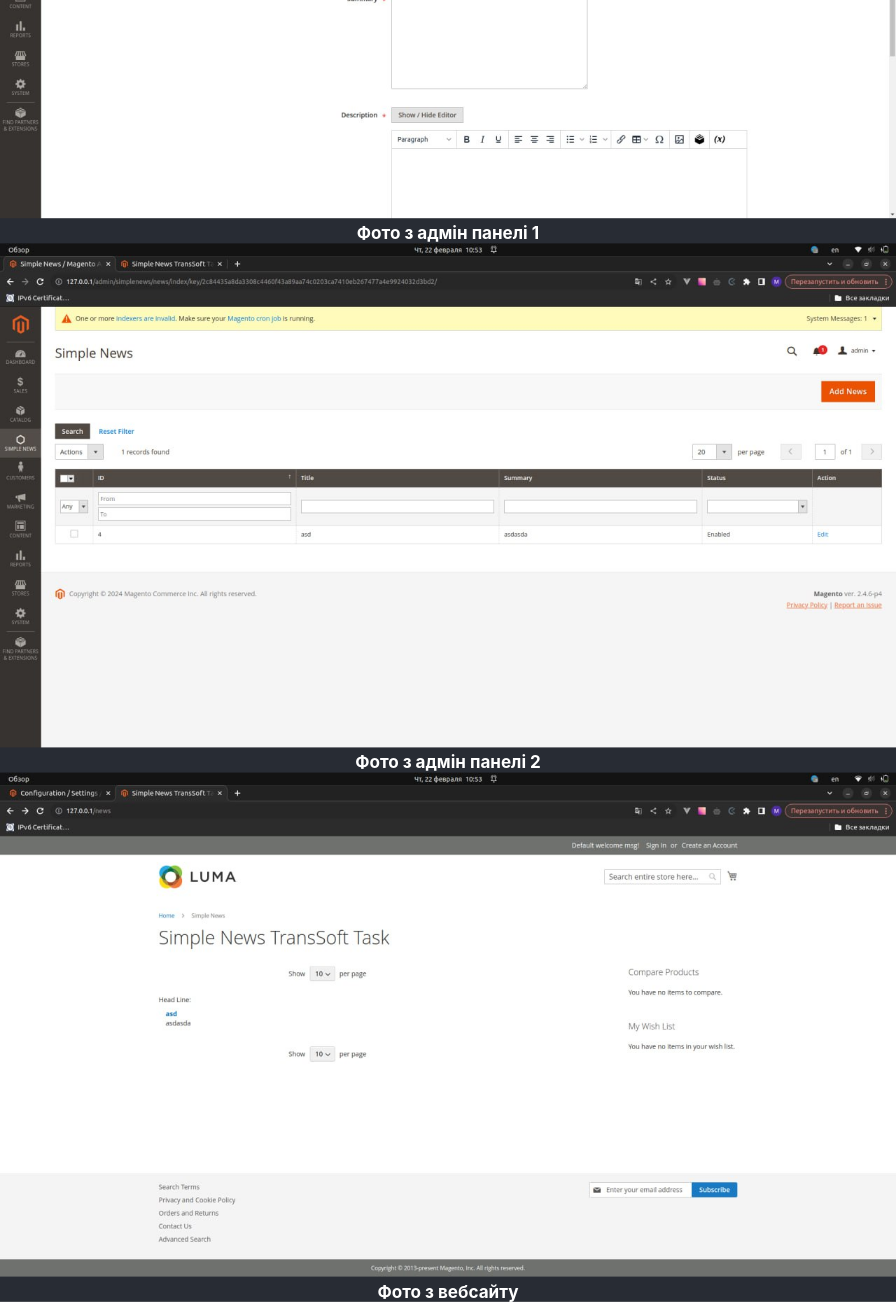
Repository: rutsguifd/prac-report
Page: /
An editor plug-in stored every save of this project. The page is shown before and after the next save, followed by the edit.
The browser window is 1280 px wide. The pictures show the part of the page from y = 1654 to 3574 px (the page is 3514 px tall before and 3574 px after), at 70% of full size.
The project was rebuilt for these pictures with package versions that can differ from the ones it lists, and the page was loaded fresh each time.

Above is the page before, as saved 2024-02-22 13:40:13.

### src/App.js
import "./App.css";
import IM1 from "./assets/im1.jpg";
import IM2 from "./assets/im2.jpg";
import IM3 from "./assets/im3.jpg";
import PR from "./assets/pr.jpg";

function App() {
  return (
    <div className="App">
      <header className="App-header">
        Practice Report
        <div>
          <b>Вступ</b>
          <div>
            З 2 9 січня по 16 лютого ми проходили виробничу практику у ТОВ
            “TRANSOFT GROUP”. TRANSOFT GROUP - це компанія, яка спеціалізується
            на розробці та підтримці рішень, заснованих на Magento, щоб сприяти
            трансформації бізнесу, підвищенню клієнтського досвіду та
            операційній ефективності в різних галузях. Використовуючи передові
            технології та глибокі галузеві знання, TRANSOFT GROUP розробляє
            інноваційні рішення, які допомагають клієнтам досягти своїх
            бізнес-цілей та впевнено конкурувати на ринку.
          </div>
          <div style={{ margin: "20px 0" }}>
            <img src={PR} alt="alt" width="100%" />
            <b>Фото з бази практики</b>
          </div>
          <div>
            <img src={IM1} alt="alt" width="100%" />
            <b>Фото з адмін панелі 1</b>
          </div>
          <div>
            <img src={IM2} alt="alt" width="100%" />
            <b>Фото з адмін панелі 2</b>
          </div>
          <div>
            <img src={IM3} alt="alt" width="100%" />
            <b>Фото з вебсайту</b>
          </div>
        </div>
      </header>
    </div>
  );
}

export default App;

Loaded but not shown: public/index.html (common file); src/index.js (common file); src/index.css (common file); src/App.css (common file)

After the next save:
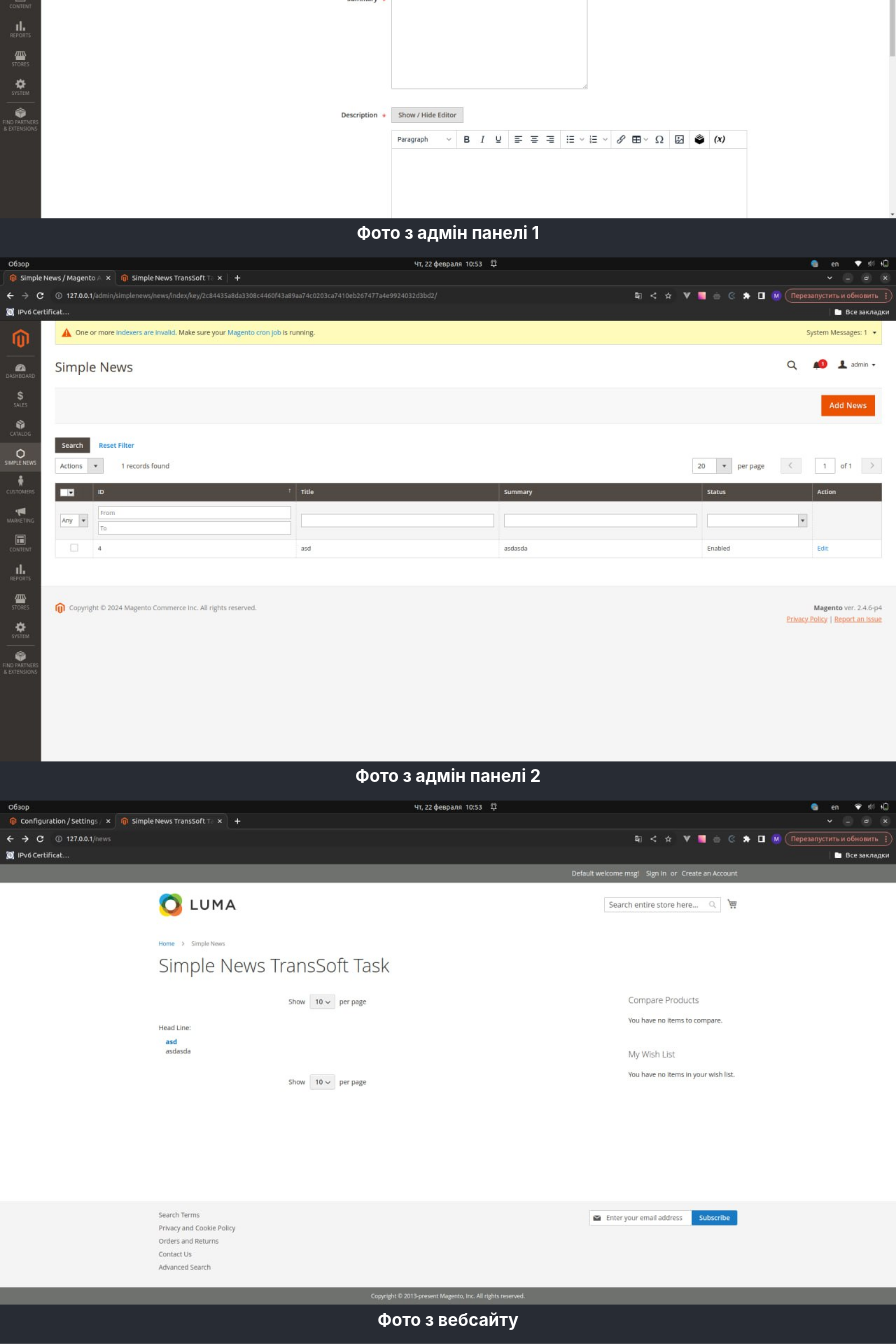
Saved 19 s later.
--- a/src/App.js
+++ b/src/App.js
@@ -25,15 +25,15 @@
             <img src={PR} alt="alt" width="100%" />
             <b>Фото з бази практики</b>
           </div>
-          <div>
+          <div style={{ margin: "20px 0" }}>
             <img src={IM1} alt="alt" width="100%" />
             <b>Фото з адмін панелі 1</b>
           </div>
-          <div>
+          <div style={{ margin: "20px 0" }}>
             <img src={IM2} alt="alt" width="100%" />
             <b>Фото з адмін панелі 2</b>
           </div>
-          <div>
+          <div style={{ margin: "20px 0" }}>
             <img src={IM3} alt="alt" width="100%" />
             <b>Фото з вебсайту</b>
           </div>
